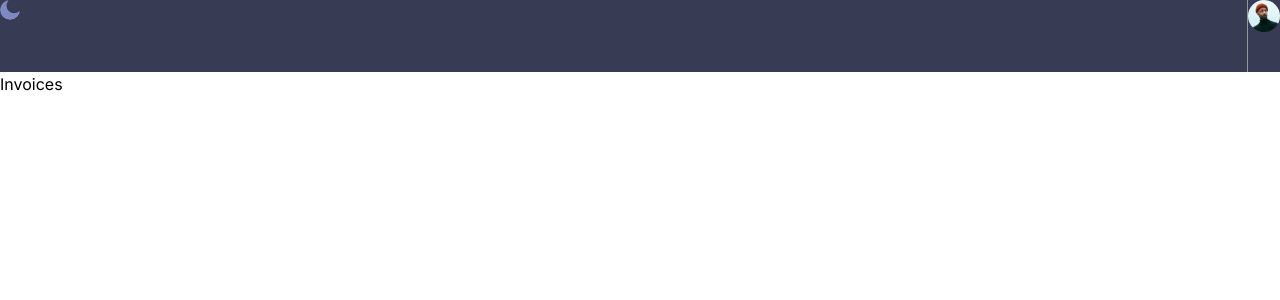
Repository: theoneswhodead/invoice-app
Page: /
An editor plug-in stored every save of this project. The page is shown before and after the next save, followed by the edit.
The browser window is 1280 px wide. The pictures show the whole page.
The project was rebuilt for these pictures with package versions that can differ from the ones it lists, and the page was loaded fresh each time. The framework's server and built-in components were replaced by stand-ins that run in the browser. Also part of the build but not shown: next.config.mjs.

Above is the page before, as saved 2024-08-19 17:42:44.

### app/layout.tsx
import type { Metadata } from "next";
import { Inter } from "next/font/google";
import "./globals.css";

const inter = Inter({ subsets: ["latin"] });

export const metadata: Metadata = {
  title: "Invoice app<",
  description: "Invoice app",
};

export default function RootLayout({
  children,
}: Readonly<{
  children: React.ReactNode;
}>) {
  return (
    <html lang="en">
      <head>
        <link
            rel="icon"
            type="image/png"
            sizes="16x16"
            href="/favicon-32x32.png"
          />
      </head>
      <body className={inter.className}>{children}</body>
    </html>
  );
}

### app/page.tsx
import BarMenu from "./components/BarMenu";
import Invoices from "./components/Invoices";

export default function Home() {
  return (
    <main className="">
      <BarMenu />
      <Invoices />
    </main>
  );
}

### app/globals.css
@import url('https://fonts.googleapis.com/css2?family=League+Spartan:wght@100..900&display=swap');

@tailwind base;
@tailwind components;
@tailwind utilities;

### app/components/BarMenu.tsx
import React from 'react'
import Image from 'next/image'

const BarMenu = () => {
  return (
    <nav className='bg-gray h-[4.5rem] flex justify-between'>
      <div>
        <div>
            <Image
                src="/icon-moon.svg"
                width={20}
                height={20}
                alt="Avatar"
                className='rounded-full'
            />
        </div>
        <div></div>
      </div>
      <div className='border-l border-light_gray'>
        <Image
            src="/image-avatar.jpg"
            width={32}
            height={32}
            alt="Avatar"
            className='rounded-full'
        />
      </div>
    </nav>
  )
}

export default BarMenu

### app/components/Invoices.tsx
import React from 'react'

const Invoices = () => {
  return (
    <div>
      Invoices
    </div>
  )
}

export default Invoices

### tailwind.config.ts
import type { Config } from "tailwindcss";

const config: Config = {
  content: [
    "./pages/**/*.{js,ts,jsx,tsx,mdx}",
    "./components/**/*.{js,ts,jsx,tsx,mdx}",
    "./app/**/*.{js,ts,jsx,tsx,mdx}",
  ],
  darkMode: 'selector',
  theme: {
    extend: {
      colors: {
        "purple": "#7C5DFA",
        "light_purple": "#9277FF",
        "charcoal_blue": "#1E2139",
        "charcoal_gray": "#252945",
        "lavender_blue": "#DFE3FA",
        "cool_gray": "#888EB0",
        "wild_blue_yonder": "#7E88C3",
        "gunmetal": "#0C0E16",
        "coral_red": "#EC5757",
        "periwinkle": "#9277FF",
        "off_white": "#F8F8FB",
        "rich_black": "#141625",
        "gray": "#373B53",
        "light_gray": "#979797"
      },
      fontFamily: {
        Leagie_Spartan: ["League Spartan", "sans-serif"],
      },
      screens: {
        xxs: "280px",
        xs: "375px",
        ss: "580px",
        sm: "768px",
        md: "1060px",
        lg: "1440px",
        xl: "1700px",
      },
    },
  },
  plugins: [],
};
export default config;

After the next save:
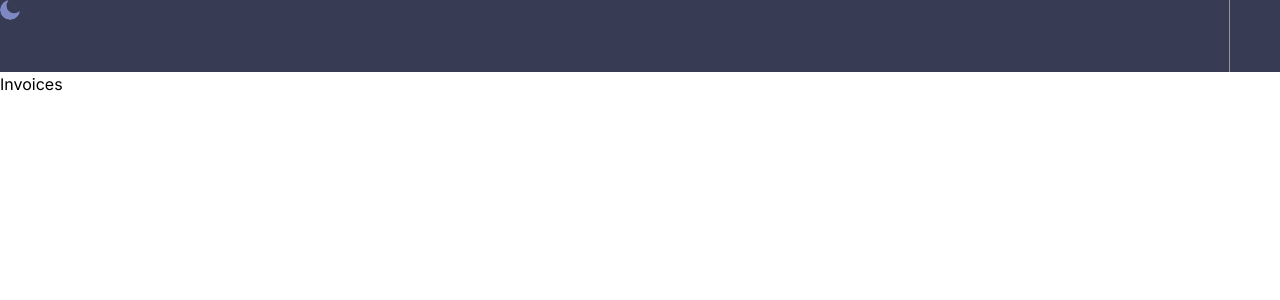
Saved 78 s later.
--- a/app/components/BarMenu.tsx
+++ b/app/components/BarMenu.tsx
@@ -22,7 +22,7 @@ const BarMenu = () => {
             width={32}
             height={32}
             alt="Avatar"
-            className='rounded-full'
+            className='rounded-full p-[25px]'
         />
       </div>
     </nav>
